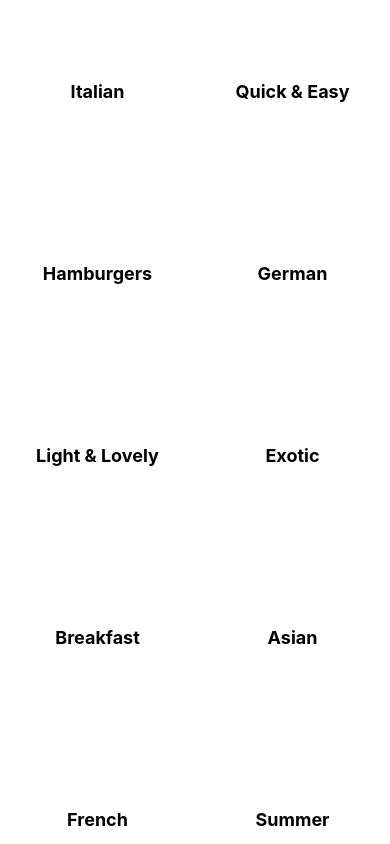
Repository: SyLe-Van/Food-Category-App
Screen: /
The author's editor kept a copy of each file at every save. The screen is drawn from the files as they stood at one save, then again after the next save.
An inner scrolling area shows only its first screen. The app was drawn by React Native's web renderer in a window 390 px wide. The project was rebuilt for these pictures with package versions that can differ from the ones it lists, and the page was loaded fresh each time.

Above is the screen before, as saved 2024-02-17 15:43:48.

### App.js
import { StatusBar } from "expo-status-bar";
import { StyleSheet } from "react-native";
import CategoriesScreen from "./screens/CategoriesScreen";

export default function App() {
  return <CategoriesScreen />;
}

const styles = StyleSheet.create({
  container: {
    flex: 1,
    backgroundColor: "#fff",
    alignItems: "center",
    justifyContent: "center",
  },
});

### screens/CategoriesScreen.js
import { FlatList } from "react-native";
import { CATEGORIES } from "../data/dummy-data";
import CategoryGridItem from "../components/CategoryGridTitle";
function renderCategoryItem(itemData) {
  return (
    <CategoryGridItem title={itemData.item.title} color={itemData.item.color} />
  );
}
function CategoriesScreen() {
  return (
    <FlatList
      data={CATEGORIES}
      keyExtractor={(item) => item.id}
      renderItem={renderCategoryItem}
      numColumns={2}
    />
  );
}
export default CategoriesScreen;

### data/dummy-data.js
import Category from "../models/category";
import Meal from "../models/meal";

export const CATEGORIES = [
  new Category("c1", "Italian", "#f5428d"),
  new Category("c2", "Quick & Easy", "#f54242"),
  new Category("c3", "Hamburgers", "#f5a442"),
  new Category("c4", "German", "#f5d142"),
  new Category("c5", "Light & Lovely", "#368dff"),
  new Category("c6", "Exotic", "#41d95d"),
  new Category("c7", "Breakfast", "#9eecff"),
  new Category("c8", "Asian", "#b9ffb0"),
  new Category("c9", "French", "#ffc7ff"),
  new Category("c10", "Summer", "#47fced"),
];

export const MEALS = [
  new Meal(
    "m1",
    ["c1", "c2"],
    "Spaghetti with Tomato Sauce",
    "affordable",
    "simple",
    "https://upload.wikimedia.org/wikipedia/commons/thumb/2/20/Spaghetti_Bolognese_mit_Parmesan_oder_Grana_Padano.jpg/800px-Spaghetti_Bolognese_mit_Parmesan_oder_Grana_Padano.jpg",
    20,
    [
      "4 Tomatoes",
      "1 Tablespoon of Olive Oil",
      "1 Onion",
      "250g Spaghetti",
      "Spices",
      "Cheese (optional)",
    ],
    [
      "Cut the tomatoes and the onion into small pieces.",
      "Boil some water - add salt to it once it boils.",
      "Put the spaghetti into the boiling water - they should be done in about 10 to 12 minutes.",
      "In the meantime, heaten up some olive oil and add the cut onion.",
      "After 2 minutes, add the tomato pieces, salt, pepper and your other spices.",
      "The sauce will be done once the spaghetti are.",
      "Feel free to add some cheese on top of the finished dish.",
    ],
    false,
    true,
    true,
    true
  ),

  new Meal(
    "m2",
    ["c2"],
    "Toast Hawaii",
    "affordable",
    "simple",
    "https://cdn.pixabay.com/photo/2018/07/11/21/51/toast-3532016_1280.jpg",
    10,
    [
      "1 Slice White Bread",
      "1 Slice Ham",
      "1 Slice Pineapple",
      "1-2 Slices of Cheese",
      "Butter",
    ],
    [
      "Butter one side of the white bread",
      "Layer ham, the pineapple and cheese on the white bread",
      "Bake the toast for round about 10 minutes in the oven at 200°C",
    ],
    false,
    false,
    false,
    false
  ),

  new Meal(
    "m3",
    ["c3"],
    "Classic Hamburger",
    "pricey",
    "simple",
    "https://cdn.pixabay.com/photo/2014/10/23/18/05/burger-500054_1280.jpg",
    45,
    [
      "300g Cattle Hack",
      "1 Tomato",
      "1 Cucumber",
      "1 Onion",
      "Ketchup",
      "2 Burger Buns",
    ],
    [
      "Form 2 patties",
      "Fry the patties for c. 4 minutes on each side",
      "Quickly fry the buns for c. 1 minute on each side",
      "Bruch buns with ketchup",
      "Serve burger with tomato, cucumber and onion",
    ],
    false,
    false,
    false,
    true
  ),

  new Meal(
    "m4",
    ["c4"],
    "Wiener Schnitzel",
    "luxurious",
    "challenging",
    "https://cdn.pixabay.com/photo/2018/03/31/19/29/schnitzel-3279045_1280.jpg",
    60,
    [
      "8 Veal Cutlets",
      "4 Eggs",
      "200g Bread Crumbs",
      "100g Flour",
      "300ml Butter",
      "100g Vegetable Oil",
      "Salt",
      "Lemon Slices",
    ],
    [
      "Tenderize the veal to about 2–4mm, and salt on both sides.",
      "On a flat plate, stir the eggs briefly with a fork.",
      "Lightly coat the cutlets in flour then dip into the egg, and finally, coat in breadcrumbs.",
      "Heat the butter and oil in a large pan (allow the fat to get very hot) and fry the schnitzels until golden brown on both sides.",
      "Make sure to toss the pan regularly so that the schnitzels are surrounded by oil and the crumbing becomes ‘fluffy’.",
      "Remove, and drain on kitchen paper. Fry the parsley in the remaining oil and drain.",
      "Place the schnitzels on awarmed plate and serve garnishedwith parsley and slices of lemon.",
    ],
    false,
    false,
    false,
    false
  ),

  new Meal(
    "m5",
    ["c2", "c5", "c10"],
    "Salad with Smoked Salmon",
    "luxurious",
    "simple",
    "https://cdn.pixabay.com/photo/2016/10/25/13/29/smoked-salmon-salad-1768890_1280.jpg",
    15,
    [
      "Arugula",
      "Lamb's Lettuce",
      "Parsley",
      "Fennel",
      "200g Smoked Salmon",
      "Mustard",
      "Balsamic Vinegar",
      "Olive Oil",
      "Salt and Pepper",
    ],
    [
      "Wash and cut salad and herbs",
      "Dice the salmon",
      "Process mustard, vinegar and olive oil into a dessing",
      "Prepare the salad",
      "Add salmon cubes and dressing",
    ],
    true,
    false,
    true,
    true
  ),

  new Meal(
    "m6",
    ["c6", "c10"],
    "Delicious Orange Mousse",
    "affordable",
    "hard",
    "https://cdn.pixabay.com/photo/2017/05/01/05/18/pastry-2274750_1280.jpg",
    240,
    [
      "4 Sheets of Gelatine",
      "150ml Orange Juice",
      "80g Sugar",
      "300g Yoghurt",
      "200g Cream",
      "Orange Peel",
    ],
    [
      "Dissolve gelatine in pot",
      "Add orange juice and sugar",
      "Take pot off the stove",
      "Add 2 tablespoons of yoghurt",
      "Stir gelatin under remaining yoghurt",
      "Cool everything down in the refrigerator",
      "Whip the cream and lift it under die orange mass",
      "Cool down again for at least 4 hours",
      "Serve with orange peel",
    ],
    true,
    false,
    true,
    false
  ),

  new Meal(
    "m7",
    ["c7"],
    "Pancakes",
    "affordable",
    "simple",
    "https://cdn.pixabay.com/photo/2018/07/10/21/23/pancake-3529653_1280.jpg",
    20,
    [
      "1 1/2 Cups all-purpose Flour",
      "3 1/2 Teaspoons Baking Powder",
      "1 Teaspoon Salt",
      "1 Tablespoon White Sugar",
      "1 1/4 cups Milk",
      "1 Egg",
      "3 Tablespoons Butter, melted",
    ],
    [
      "In a large bowl, sift together the flour, baking powder, salt and sugar.",
      "Make a well in the center and pour in the milk, egg and melted butter; mix until smooth.",
      "Heat a lightly oiled griddle or frying pan over medium high heat.",
      "Pour or scoop the batter onto the griddle, using approximately 1/4 cup for each pancake. Brown on both sides and serve hot.",
    ],
    true,
    false,
    true,
    false
  ),

  new Meal(
    "m8",
    ["c8"],
    "Creamy Indian Chicken Curry",
    "pricey",
    "challenging",
    "https://cdn.pixabay.com/photo/2018/06/18/16/05/indian-food-3482749_1280.jpg",
    35,
    [
      "4 Chicken Breasts",
      "1 Onion",
      "2 Cloves of Garlic",
      "1 Piece of Ginger",
      "4 Tablespoons Almonds",
      "1 Teaspoon Cayenne Pepper",
      "500ml Coconut Milk",
    ],
    [
      "Slice and fry the chicken breast",
      "Process onion, garlic and ginger into paste and sauté everything",
      "Add spices and stir fry",
      "Add chicken breast + 250ml of water and cook everything for 10 minutes",
      "Add coconut milk",
      "Serve with rice",
    ],
    true,
    false,
    false,
    true
  ),

  new Meal(
    "m9",
    ["c9"],
    "Chocolate Souffle",
    "affordable",
    "hard",
    "https://cdn.pixabay.com/photo/2014/08/07/21/07/souffle-412785_1280.jpg",
    45,
    [
      "1 Teaspoon melted Butter",
      "2 Tablespoons white Sugar",
      "2 Ounces 70% dark Chocolate, broken into pieces",
      "1 Tablespoon Butter",
      "1 Tablespoon all-purpose Flour",
      "4 1/3 tablespoons cold Milk",
      "1 Pinch Salt",
      "1 Pinch Cayenne Pepper",
      "1 Large Egg Yolk",
      "2 Large Egg Whites",
      "1 Pinch Cream of Tartar",
      "1 Tablespoon white Sugar",
    ],
    [
      "Preheat oven to 190°C. Line a rimmed baking sheet with parchment paper.",
      "Brush bottom and sides of 2 ramekins lightly with 1 teaspoon melted butter; cover bottom and sides right up to the rim.",
      "Add 1 tablespoon white sugar to ramekins. Rotate ramekins until sugar coats all surfaces.",
      "Place chocolate pieces in a metal mixing bowl.",
      "Place bowl over a pan of about 3 cups hot water over low heat.",
      "Melt 1 tablespoon butter in a skillet over medium heat. Sprinkle in flour. Whisk until flour is incorporated into butter and mixture thickens.",
      "Whisk in cold milk until mixture becomes smooth and thickens. Transfer mixture to bowl with melted chocolate.",
      "Add salt and cayenne pepper. Mix together thoroughly. Add egg yolk and mix to combine.",
      "Leave bowl above the hot (not simmering) water to keep chocolate warm while you whip the egg whites.",
      "Place 2 egg whites in a mixing bowl; add cream of tartar. Whisk until mixture begins to thicken and a drizzle from the whisk stays on the surface about 1 second before disappearing into the mix.",
      "Add 1/3 of sugar and whisk in. Whisk in a bit more sugar about 15 seconds.",
      "whisk in the rest of the sugar. Continue whisking until mixture is about as thick as shaving cream and holds soft peaks, 3 to 5 minutes.",
      "Transfer a little less than half of egg whites to chocolate.",
      "Mix until egg whites are thoroughly incorporated into the chocolate.",
      "Add the rest of the egg whites; gently fold into the chocolate with a spatula, lifting from the bottom and folding over.",
      "Stop mixing after the egg white disappears. Divide mixture between 2 prepared ramekins. Place ramekins on prepared baking sheet.",
      "Bake in preheated oven until scuffles are puffed and have risen above the top of the rims, 12 to 15 minutes.",
    ],
    true,
    false,
    true,
    false
  ),
  new Meal(
    "m10",
    ["c2", "c5", "c10"],
    "Asparagus Salad with Cherry Tomatoes",
    "luxurious",
    "simple",
    "https://cdn.pixabay.com/photo/2018/04/09/18/26/asparagus-3304997_1280.jpg",
    30,
    [
      "White and Green Asparagus",
      "30g Pine Nuts",
      "300g Cherry Tomatoes",
      "Salad",
      "Salt, Pepper and Olive Oil",
    ],
    [
      "Wash, peel and cut the asparagus",
      "Cook in salted water",
      "Salt and pepper the asparagus",
      "Roast the pine nuts",
      "Halve the tomatoes",
      "Mix with asparagus, salad and dressing",
      "Serve with Baguette",
    ],
    true,
    true,
    true,
    true
  ),
];

### components/CategoryGridTitle.js
import { Pressable, View, Text, StyleSheet, Platform } from "react-native";

function CategoryGridItem({ title, color }) {
  return (
    <View style={styles.gridItem}>
      <Pressable
        style={({ pressed }) => [
          styles.button,
          pressed ? styles.buttonPressed : null,
        ]}
      >
        <View style={styles.innerContainer}>
          <Text style={styles.title}>{title}</Text>
        </View>
      </Pressable>
    </View>
  );
}
export default CategoryGridItem;

const styles = StyleSheet.create({
  gridItem: {
    flex: 1,
    margin: 16,
    height: 150,
    borderRadius: 8,
    backgroundColor: "white",
    shadowColor: "black",
    shadowOpacity: 0.25,
    shadowOffset: { width: 0, height: 2 },
    shadowOffset: 8,
    overflow: Platform.OS === "android" ? "hidden" : "visible",
  },
  button: {
    flex: 1,
  },
  buttonPressed: {
    opacity: 0.5,
  },
  innerContainer: {
    flex: 1,
    justifyContent: "center",
    padding: 16,
    alignItems: "center",
  },
  title: {
    fontWeight: "bold",
    fontSize: 18,
  },
});

Loaded but not shown: models/category.js (common file); models/meal.js (common file)

After the next save:
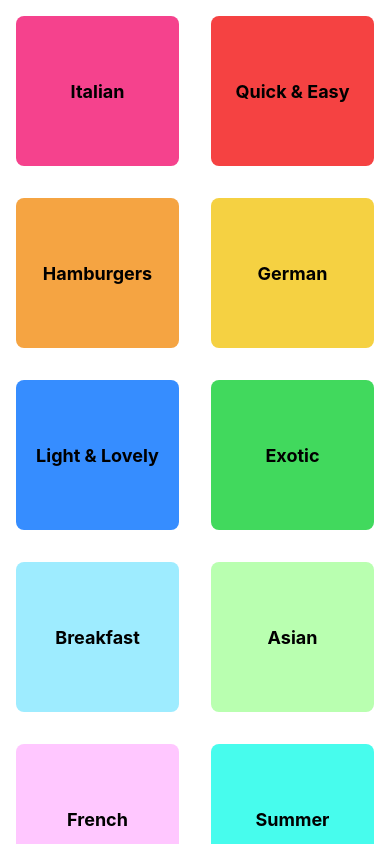
Saved 3 min 8 s later.
--- a/components/CategoryGridTitle.js
+++ b/components/CategoryGridTitle.js
@@ -2,7 +2,7 @@ import { Pressable, View, Text, StyleSheet, Platform } from "react-native";
 
 function CategoryGridItem({ title, color }) {
   return (
-    <View style={styles.gridItem}>
+    <View style={[styles.gridItem, { backgroundColor: color }]}>
       <Pressable
         style={({ pressed }) => [
           styles.button,
